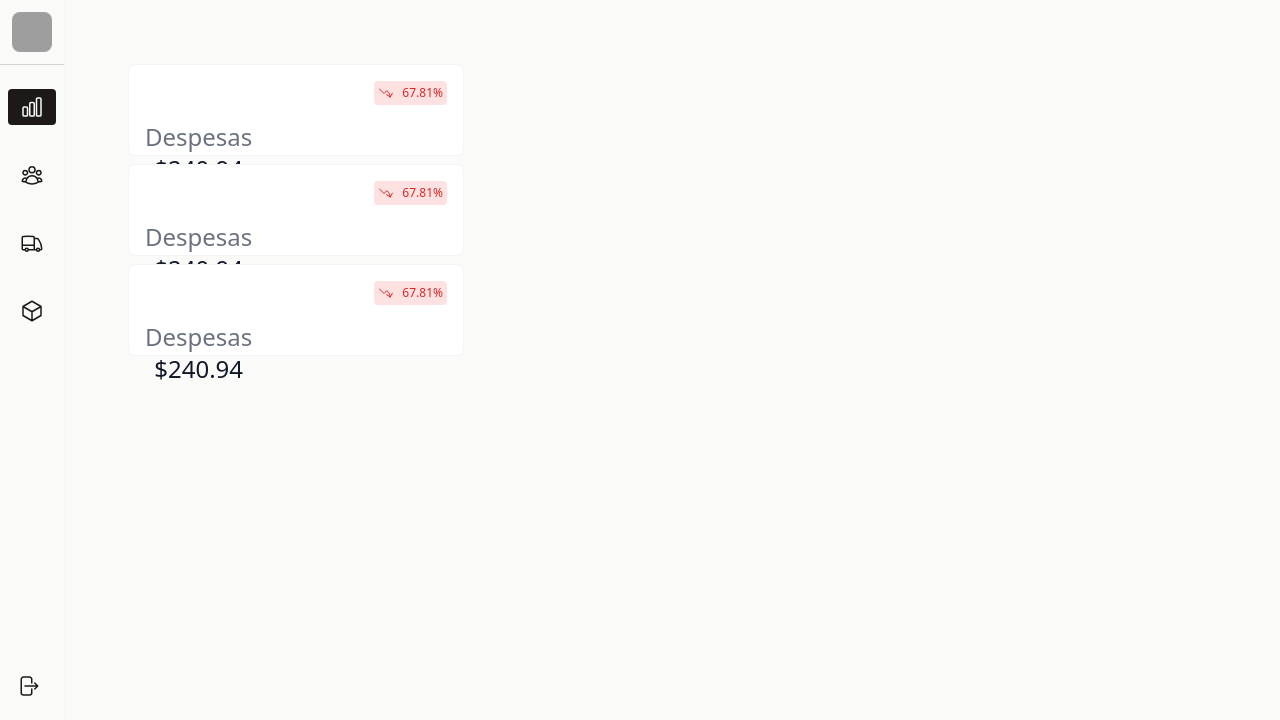
Repository: XavierOtavio/Cuzinhas
Page: /dashboard
These files come from the project's save history. The page is drawn as it stood at one moment and after the next save; the edit follows.
The browser window is 1280 px wide. The pictures show the whole page.
Pictures or frames that could not be fetched are drawn as grey boxes. The project was rebuilt for these pictures with package versions that can differ from the ones it lists, and the page was loaded fresh each time. Also part of the build but not shown: src/components/Orders.js, src/components/Employees.js, src/components/Login.js, src/components/Register.js, src/components/Home.js, src/components/Logotipo.js, src/components/Header.js, src/components/Footer.js and 1 more.

Above is the page before, as saved 2023-03-08 18:46:15.

After the next save:
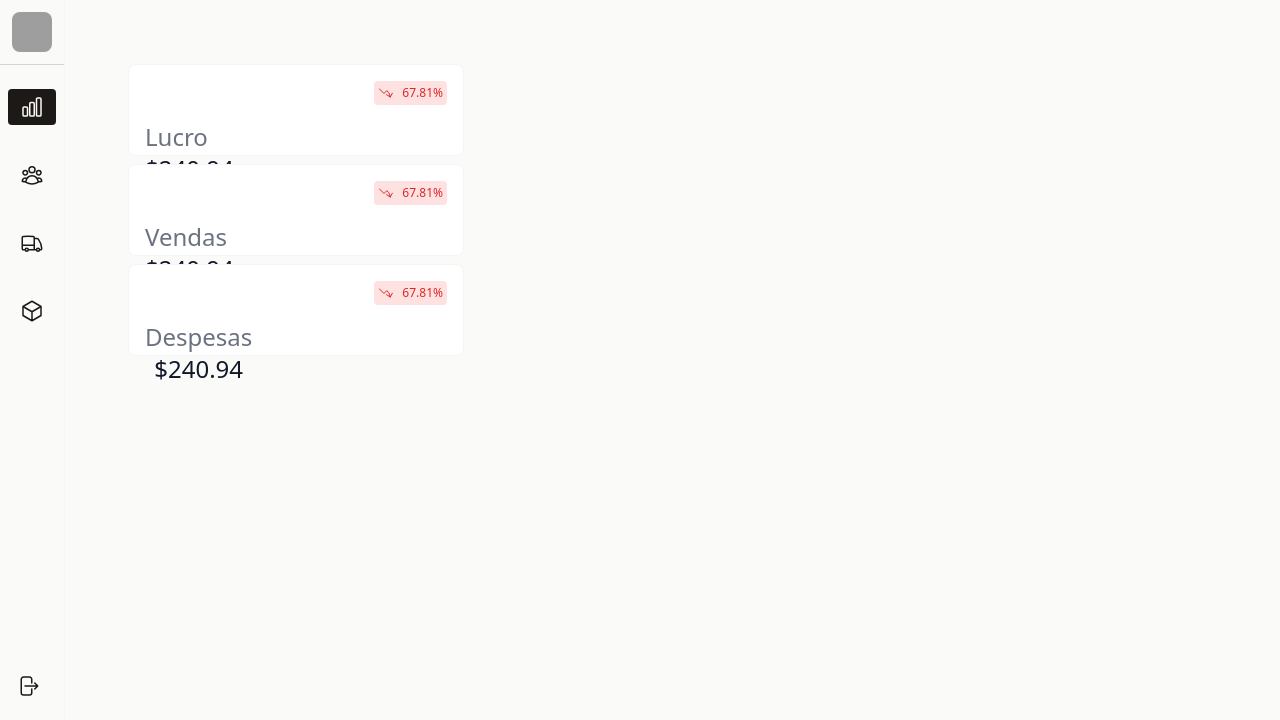
Saved 3 s later.
--- a/src/components/Dashboard.js
+++ b/src/components/Dashboard.js
@@ -15,7 +15,7 @@ export default function Dashboard() {
           </div>
           <div>
             <strong class="block text-left text-2xl font-medium text-gray-500">
-              Despesas
+              Lucro
             </strong>
             <p>
               <span class="text-2xl font-medium text-gray-900"> $240.94 </span>
@@ -31,7 +31,7 @@ export default function Dashboard() {
           </div>
           <div>
             <strong class="block text-left text-2xl font-medium text-gray-500">
-              Despesas
+              Vendas
             </strong>
             <p>
               <span class="text-2xl font-medium text-gray-900"> $240.94 </span>
